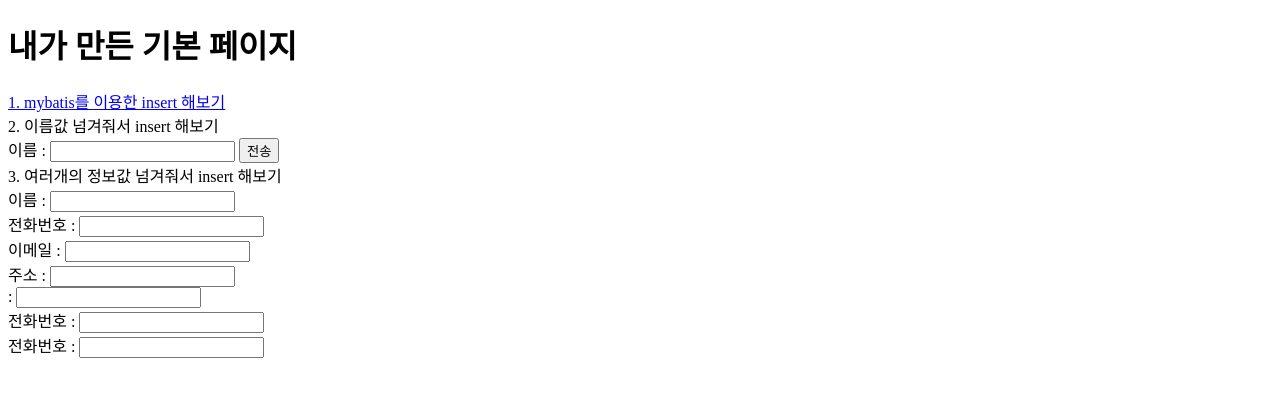
Repository: coconut510/mybatis
Page: mybatis_01/WebContent/index.html
The author's editor kept a copy of each file at every save. The page is drawn from the files as they stood at one save, then again after the next save.
The browser window is 1280 px wide. The pictures show the whole page.

Above is the page before, as saved 2018-06-26 08:13:17.

After the next save:
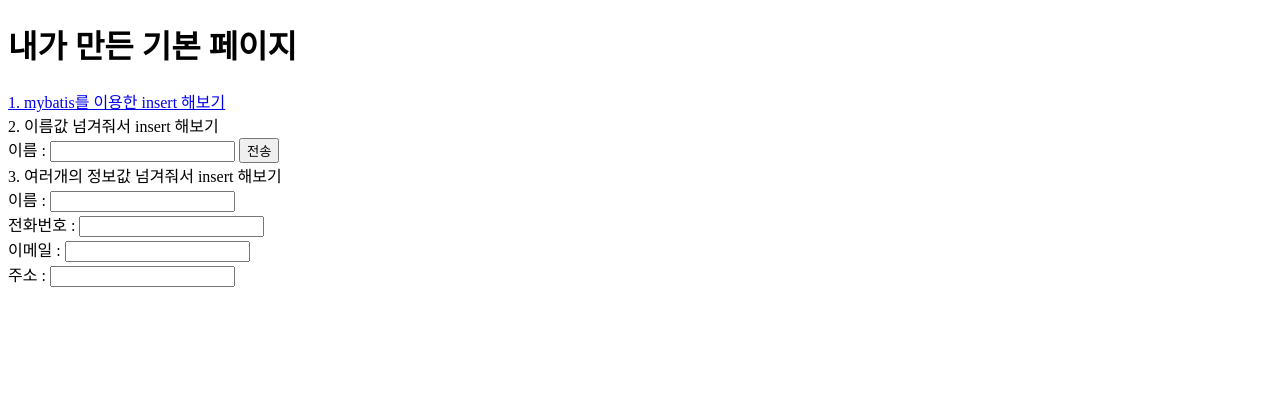
Saved 6 s later.
--- a/mybatis_01/WebContent/index.html
+++ b/mybatis_01/WebContent/index.html
@@ -17,10 +17,7 @@
 		이름 : <input type="text" name="studentName"/><br>
 		전화번호 : <input type="text" name="studentTel"/><br>
 		이메일 : <input type="text" name="studentEmail"/><br>
-		주소 : <input type="text" name="studentAddr"/><br>
-		 : <input type="text" name="studentTel"/><br>
-		전화번호 : <input type="text" name="studentTel"/><br>
-		전화번호 : <input type="text" name="studentTel"/><br>
+		주소 : <input type="text" name="studentAddr"/>
 	</form>
 </body>
 </html>
